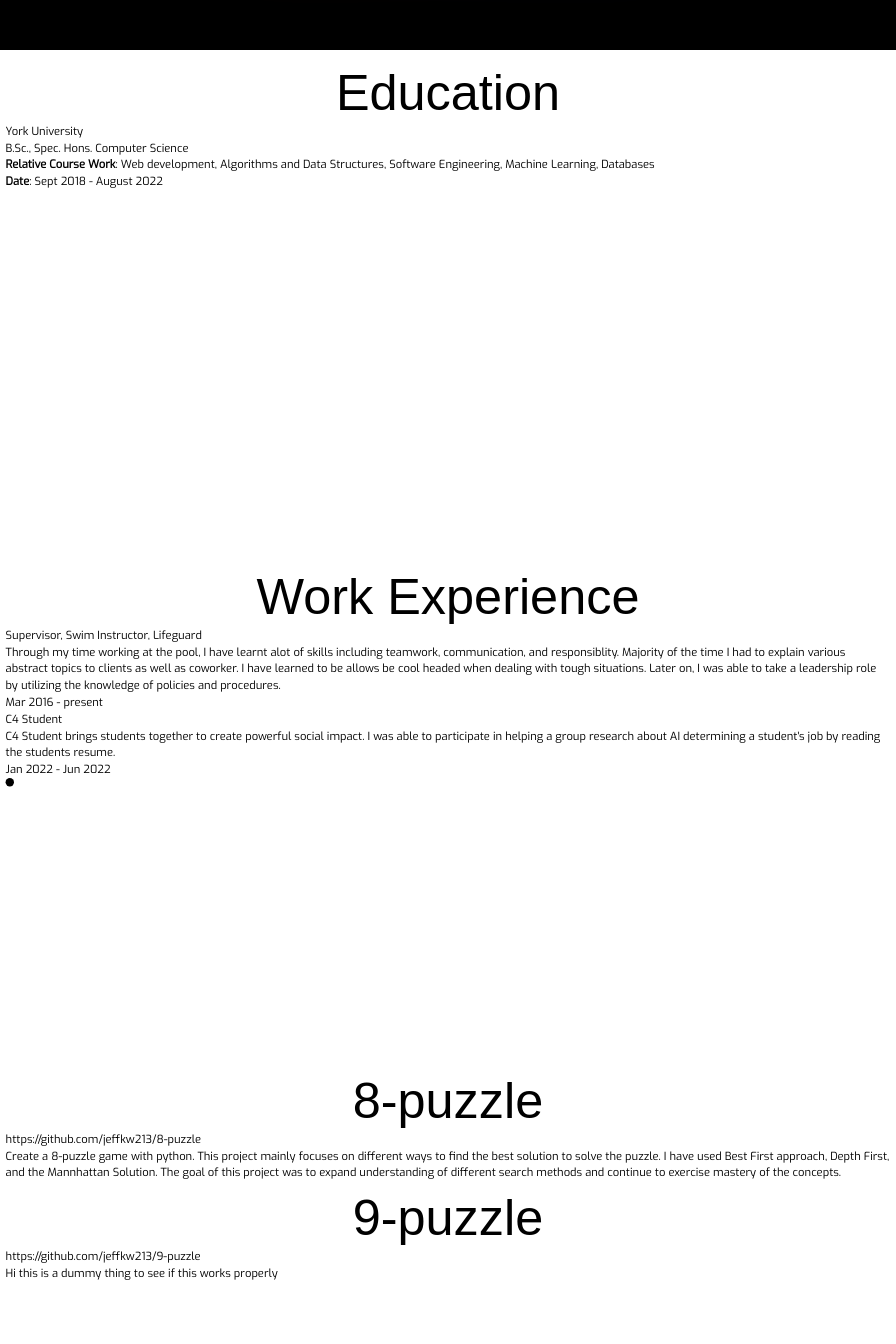
Repository: Jeffkw213/profile_website
Page: /
The author's editor kept a copy of each file at every save. The page is drawn from the files as they stood at one save, then again after the next save.
The browser window is 1280 px wide. The pictures show the part of the page from y = 649 to 2569 px (the page is 2960 px tall), at 70% of full size.
Some web fonts or font styles are not loaded; a fallback is used. The project was rebuilt for these pictures with package versions that can differ from the ones it lists, and the page was loaded fresh each time. Also part of the build but not shown: vite.config.js.

Above is the page before, as saved 2022-09-30 15:38:34.

### src/index.jsx
import React from 'react';
import ReactDOM from 'react-dom/client';
import App from './App';
import reportWebVitals from './reportWebVitals';
import './index.css';

// DOM creates an instance of your App component, though it can also pass simple JSX without any component instantiation
const root = ReactDOM.createRoot(document.getElementById('root'));
root.render(
  <React.StrictMode>
    <App />
  </React.StrictMode>
);

// If you want to start measuring performance in your app, pass a function
// to log results (for example: reportWebVitals(console.log))
// or send to an analytics endpoint. Learn more: https://bit.ly/CRA-vitals
reportWebVitals();

### src/App.jsx
import Education from './components/Education';
import Nav from './components/Nav';
import Projects from './components/Projects';
import Title from './components/Title';
import Work from './components/Work';
import records from './data/records.json';
import Navitop from './components/NavigationTop';
const App = () => {
  return (
    <div className="scroll-smooth w-full box-border relative font-Exo min-w-[800]">
      <Navitop />
      <Title {...records.Who} />
      <Education {...records.Education} />
      <Work employ={records.Employment} />
      <Projects />
      <Nav {...records.Social} />
    </div>
  );
};

export default App;

### src/index.css
@import url('https://fonts.googleapis.com/css2?family=Exo:wght@100;400&display=swap');
@import url('http://fonts.cdnfonts.com/css/nexa-bold');

@tailwind base;
@tailwind components;
@tailwind utilities;

@layer base{
    html{
        scroll-behavior: smooth;
    }
}

### src/components/Education.jsx
export default function Education(props) {
  return (
    <div className=" h-screen p-2" id="education">
      <div>
        <h1 className="font-Nexa text-4xl sm:text-7xl text-center pt-4 pb-2">Education</h1>
      </div>
      <p>{props.School}</p>
      <p>{props.Degree}</p>
      <p><strong>Relative Course Work</strong>: {props.RelatativeCoursework}</p>
      <p>
      <strong>Date</strong>: {props.Start} - {props.Graduation}
      </p>
    </div>



  );
}

### src/components/Nav.jsx
//This is gonna be the navigation bar
//Need to create a list of
import Git from '../data/GitHub-Mark-64px.png';
import Linkedin from '../data/LI-In-Bug.png';
import Gmail from '../data/Gmail_Logo_64px.png';
export const List = (props) => (
  <nav className="flex justify-center">
    <ul className="">
      <li className="inline-block">
        <a href={props.Linkedin} target="_blank" rel="noopener noreferrer">
          <img src={Linkedin} alt="Linkedin Logo" className="h-16 opacity-[.35]" />
        </a>
      </li>
      <li className="inline-block">
        <a href={props.Github} target="_blank" rel="noopener noreferrer">
          <img src={Git} alt="Git Logo" className="h-16 opacity-[.35]" />
        </a>
      </li>
      <li className="inline-block ml-2">
        <a href={`mailto:${props.Email}?subject=Hi%20I'm%20Stupid`}>
          <img src={Gmail} alt="Gmail Logo" className="h-16 opacity-[.35]" />
        </a>
      </li>
    </ul>
  </nav>
);

export default function Nav(props) {
  return (
    <div className="h-20 relative w-full py-2 text-center bg-black" id='contacts'>
      <List {...props} />
    </div>
  );
}

### src/components/Projects.jsx
import projects from '../data/projects';

export default function Projects() {
  return (
    <div className='h-screen p-2' id="project">
      {projects.map((item, index) => {
        return (
          <div key={index}>
            <h2 className='font-Nexa text-4xl sm:text-7xl text-center pt-4 pb-2'>{item.name}</h2>
            <a href={item.link} target="_blank" rel="noopener noreferrer">
              {item.link}
            </a>
            <p>{item.about}</p>
          </div>
        );
      })}
    </div>
  );
}

### src/components/Title.jsx
// This is the title of the website
// There would be a breif discription of who I am
// And there would be a navigation button to scroll to a certain section of the page
import { FaProjectDiagram } from 'react-icons/fa';
import { BiArrowToBottom } from 'react-icons/bi';
export default function Title({ Name, Description }) {
  return (
    <div className="bg-black max-w-1/2 w-full px-4" id="home">

      <div className="flex items-center justify-center h-screen">
        <div className="relative max-w-[880px]">
          <div className="absolute inset-0.5 bg-gradient-to-r from-red-600 to-blue-600 rounded-full blur-2xl opacity-80"></div>

          <div className="relative m-2 py-12 text-white ">
            <h1 className="font-Nexa text-4xl sm:text-7xl text-center pt-4 pb-2">{Name}</h1>
            <p className="p-4 mx-0 sm:mx-14 max-w-screen-lg min-w-[50%]">{Description}</p>

            {/* Buttons */}
            <div className="flex items-center justify-center py-2">
              <a href="#project" className="px-2">
                <button
                  className="flex items-center justify-center p-2 px-3 bg-transparent text-white
        transition delay-150 duration-300 ease-in-out hover:scale-110"
                >
                  <FaProjectDiagram className="text-white mr-2" /> Projects
                </button>
              </a>
              <a href="/Resume.pdf" target="_blank" className="px-2">
                <button
                  className="flex items-center justify-center p-2 px-3 bg-transparent border-2 border-indigo-100 text-white
        transition delay-150 duration-300 ease-in-out hover:scale-110"
                >
                  <BiArrowToBottom className=" text-white mr-2" />
                  Resume
                </button>
              </a>
            </div>
          </div>
        </div>
      </div>
    </div>
  );
}

### src/components/Work.jsx
export default function Work({ employ }) {
  return (
    <div className="scroll-mt-10 h-screen flex flex-col p-2" id="work">
      <h1 className="font-Nexa text-4xl sm:text-7xl text-center pt-4 pb-2"> Work Experience </h1>
      {employ.map((item, index) => {
        return (
          <div key={index} className="">
            <p>{item.Role}</p>
            <p>{item.Description}</p>
            <p>{item.Date}</p>
          </div>
        );
      })}
    <div className="bg-black h-3 w-3 bottom-0 rounded-full"></div>
    </div>
  );
}

### src/data/records.json
{
  "Who": {
    "Name": "Wing To (Jeff) Kwan",
    "Location": {
      "City": "Richmond Hill",
      "Province": "Ontario",
      "Country": "Canada",
      "Street": "176 Kimono Crescent",
      "Postal": "L4S 2A4"
    },
    "Description": "Recently graduated student that is detail-oriented, and passionate to expand the process of development. Jeff has experience with working in a team to create a project, where he has demonstrated proficient communication and listening skills. He is a problem solver and a strong communicator eager to prove his value and talent at an emerging company. Motivated to advance and expand his skill set through targeted mentorship and challenging projects.",
    "Skills": {
      "Languages": "Python, Java, Javascript, CSS, HTML, SQL, Prolog, C#, C98, C99",
      "Framework": "Numpy, Pandas, MySQL, React, Node.js",
      "Platform": "Linux, Windows, MACOS, Android",
      "Techniques": "OOP, DataStructures, Machine Learning, Data Mining"
    }
  },
  "Social": {
    "Email": "jeffkwan10@gmail.com",
    "Linkedin": "https://www.linkedin.com/in/jeff-kwan-881a41203/",
    "Github": "https://github.com/Jeffkw213"
  },

  "Education": {
    "School": "York University",
    "Degree": "B.Sc., Spec. Hons. Computer Science",
    "RelatativeCoursework": "Web development, Algorithms and Data Structures, Software Engineering, Machine Learning, Databases",
    "Graduation": "August 2022",
    "Start": "Sept 2018"
  },

  "Employment": [
    {
      "Role": "Supervisor, Swim Instructor, Lifeguard",
      "Where": "City of Richmond Hill",
      "Description": "Through my time working at the pool, I have learnt alot of skills including teamwork, communication, and responsiblity. Majority of the time I had to explain various abstract topics to clients as well as coworker. I have learned to be allows be cool headed when dealing with tough situations. Later on, I was able to take a leadership role by utilizing the knowledge of policies and procedures.",
      "Date": "Mar 2016 - present"
    },
    {
      "Role": "C4 Student",
      "Where": "York University",
      "Description": "C4 Student brings students together to create powerful social impact. I was able to participate in helping a group research about AI determining a student's job by reading the students resume.",
      "Date": "Jan 2022 - Jun 2022"
    }
  ]
}

### src/components/NavigationTop.jsx
import { RiContactsLine } from 'react-icons/ri';

export default function ButtonNavi() {
  return (
    <header className="fixed flex w-full justify-end item-center h-20">
      <nav className="p-3 text-center">
        <div className='container flex justify-between items-center mx-auto'>
        <a href="#home">
          <button
            className="flex m-2 p-2 px-3 text-white
      transition delay-150 duration-300 ease-in-out hover:scale-110"
          >
            Home
          </button>
        </a>

        <a href="#education">
          <button
            className="flex m-2 p-2 px-3 bg-transparent text-white
      transition delay-150 duration-300 ease-in-out hover:scale-110"
          >
            Education
          </button>
        </a>
        <a href="#work">
          <button
            className="flex m-2 p-2 px-3 bg-transparent text-white
      transition delay-150 duration-300 ease-in-out hover:scale-110"
          >
            Work Experience
          </button>
        </a>
        <a href="#contacts">
          <button
            className="flex items-center justify-center m-2 p-2 px-3 bg-transparent text-white
        transition delay-150 duration-300 ease-in-out hover:scale-110 border border-slate-300 hover:bg-slate-600/20"
          >
            <RiContactsLine className=" text-white mr-2" />
            Contact
          </button>
        </a>
        </div>
      </nav>
    </header>
  );
}

### src/data/projects.js
export default [
  {
    name: '8-puzzle',
    about: 'Create a 8-puzzle game with python. This project mainly focuses on different ways to find the best solution to solve the puzzle. I have used Best First approach, Depth First, and the Mannhattan Solution. The goal of this project was to expand understanding of different search methods and continue to exercise mastery of the concepts.',
    link: 'https://github.com/jeffkw213/8-puzzle'
  },
  {
    name: '9-puzzle',
    about: 'Hi this is a dummy thing to see if this works properly',
    link: 'https://github.com/jeffkw213/9-puzzle'
  }
];

### tailwind.config.js
/** @type {import('tailwindcss').Config} */
module.exports = {
  content: ['./index.html', './src/**/*.{js,jsx}'],
  theme: {
    extend: {
      fontFamily: {
        Exo : "'Exo', sans-serif",
        Nexa : "'Nexa', sans-serif",
      },
      variants: {
        width: ["responsive", "hover", "focus"]
      },
      minWidth: {
        '1/2': '50%',
      }
    }
  },
  plugins: []
};

Loaded but not shown: public/index.html (common file); src/reportWebVitals.js (common file)

After the next save:
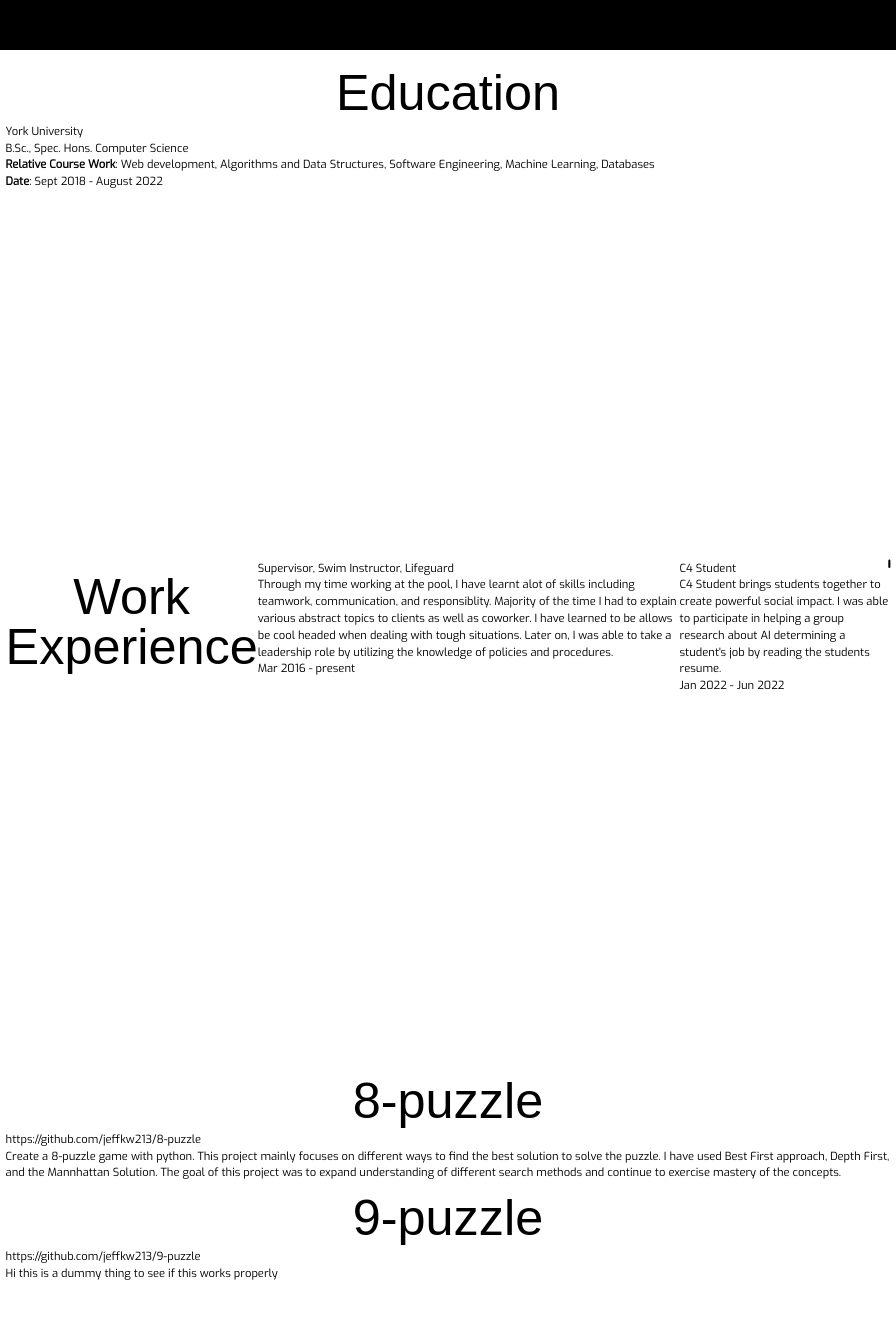
Saved 43 s later.
--- a/src/components/Work.jsx
+++ b/src/components/Work.jsx
@@ -1,6 +1,6 @@
 export default function Work({ employ }) {
   return (
-    <div className="scroll-mt-10 h-screen flex flex-col p-2" id="work">
+    <div className="scroll-mt-10 h-screen flex p-2" id="work">
       <h1 className="font-Nexa text-4xl sm:text-7xl text-center pt-4 pb-2"> Work Experience </h1>
       {employ.map((item, index) => {
         return (

After the save that followed:
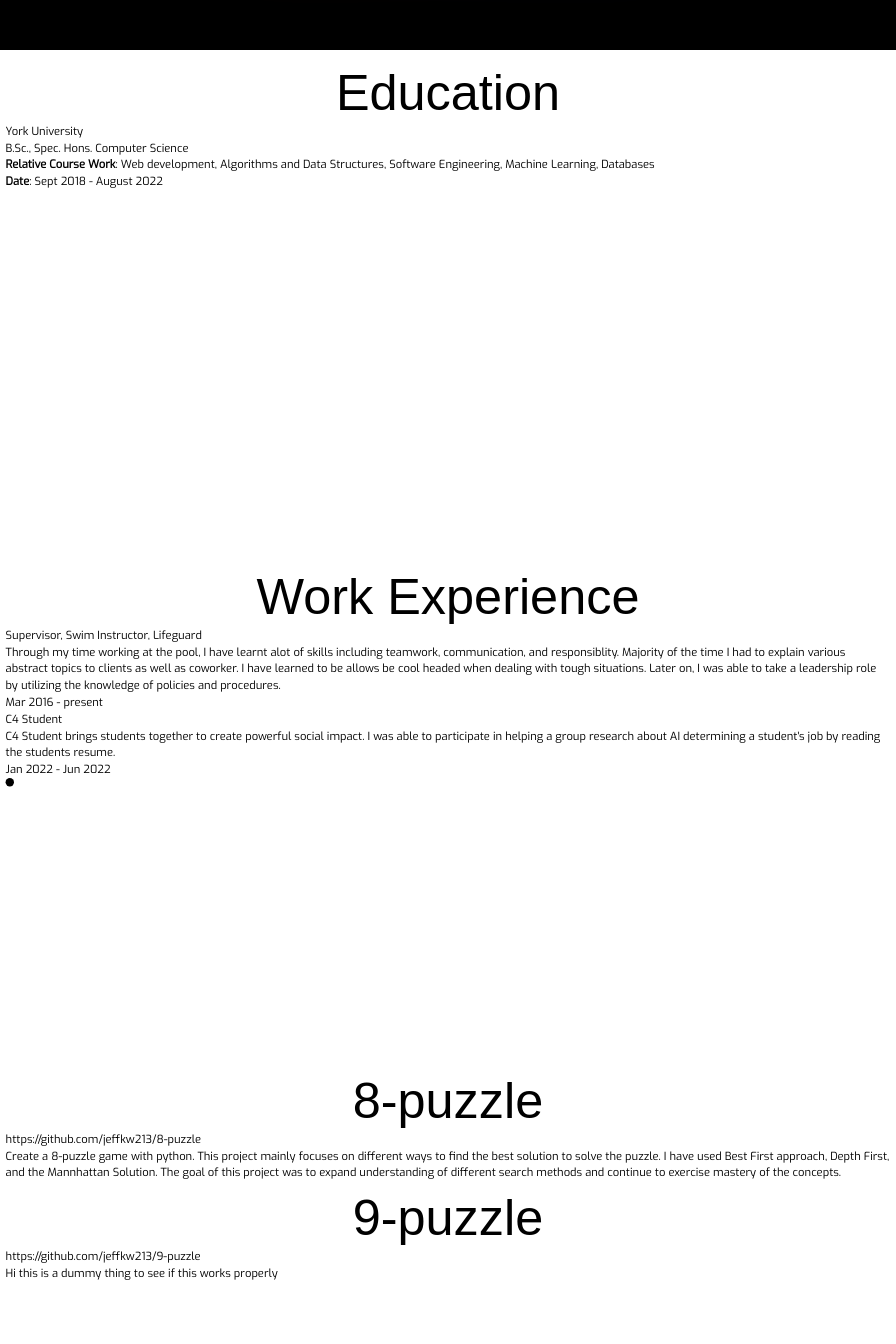
Saved 6 s later.
--- a/src/components/Work.jsx
+++ b/src/components/Work.jsx
@@ -1,6 +1,6 @@
 export default function Work({ employ }) {
   return (
-    <div className="scroll-mt-10 h-screen flex p-2" id="work">
+    <div className="scroll-mt-10 h-screen flex flex-col p-2" id="work">
       <h1 className="font-Nexa text-4xl sm:text-7xl text-center pt-4 pb-2"> Work Experience </h1>
       {employ.map((item, index) => {
         return (
